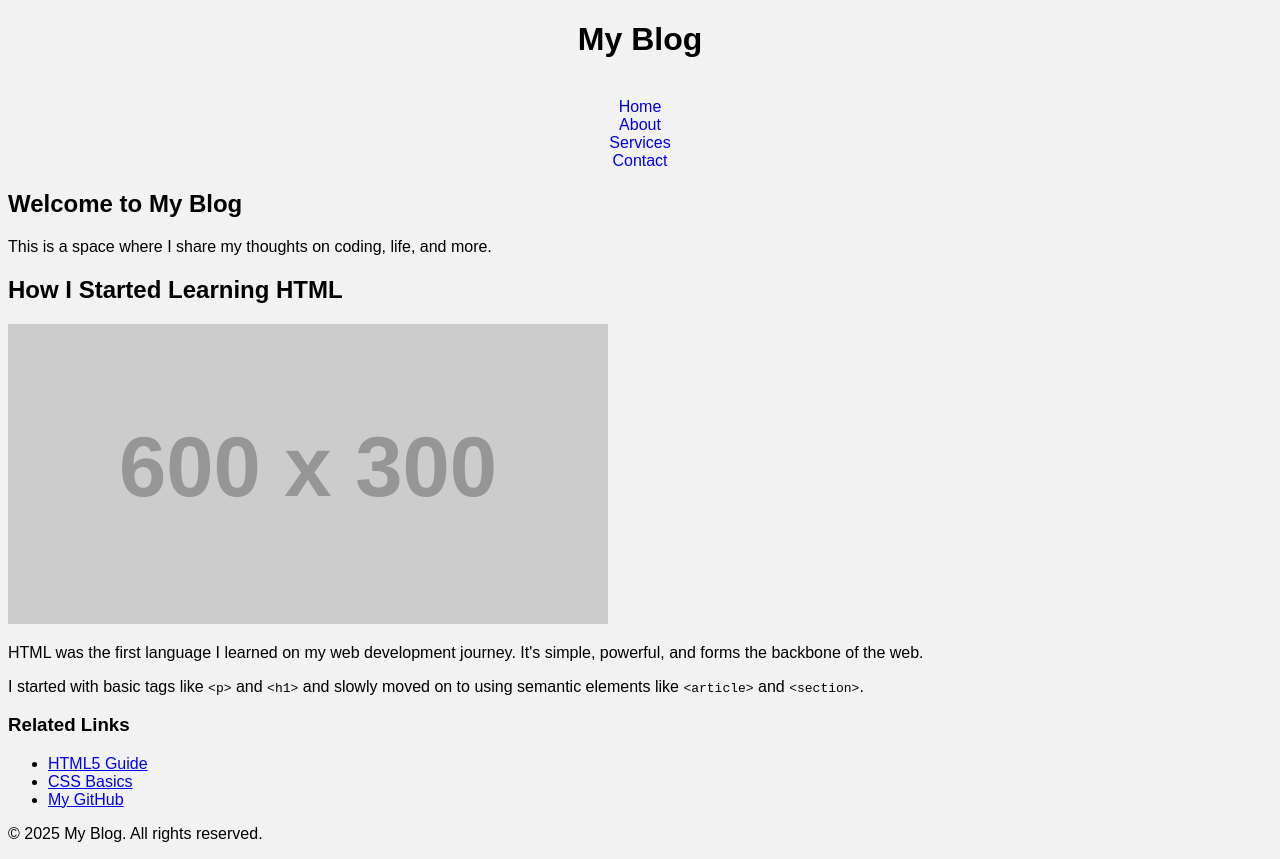
Repository: SainediAmbika/RecallingAll
Page: Angular Recalling/Blog Page/index.html
An editor plug-in stored every save of this project. The page is shown before and after the next save, followed by the edit.
The browser window is 1280 px wide. The pictures show the whole page.

Above is the page before, as saved 2025-05-19 12:01:19.

### Angular Recalling/Blog Page/index.html
<!DOCTYPE html>
<html lang="en">

<head>
    <meta charset="UTF-8">
    <meta name="viewport" content="width=device-width, initial-scale=1.0">
    <link rel="stylesheet" href="app.css">
    <title>Blog Page</title>

</head>
<body>
    <header class="header">
        <h1>My Blog</h1>
        <nav>
            <ul>
                <li><a href="#">Home</a></li>
                <li><a href="#">About</a></li>
                <li><a href="#">Services</a></li>
                <li><a href="#">Contact</a></li>

            </ul>
        </nav>
    </header>
    <main>

        <section>
            <h2>Welcome to My Blog</h2>
            <p>This is a space where I share my thoughts on coding, life, and more.</p>
        </section>
    </main>
    <article>
        <h2>How I Started Learning HTML</h2>
        <img src="https://via.placeholder.com/600x300" alt="A person learning HTML on a laptop">
        <p>HTML was the first language I learned on my web development journey. It's simple, powerful, and forms the
            backbone of the web.</p>
        <p>I started with basic tags like <code>&lt;p&gt;</code> and <code>&lt;h1&gt;</code> and slowly moved on to
            using semantic elements like <code>&lt;article&gt;</code> and <code>&lt;section&gt;</code>.</p>
    </article>

    <aside>
        <h3>Related Links</h3><ul>
            <li><a href="https://www.w3schools.com/html/">HTML5 Guide</a></li>
            <li><a href="https://www.w3schools.com/css/">CSS Basics</a></li>
            <li><a href="https://github.com/">My GitHub</a></li>

        </ul>
    </aside>




    <footer>
        <p>&copy; 2025 My Blog. All rights reserved.</p>
    </footer>
    </article>

</body>

</html>

### Angular Recalling/Blog Page/app.css
.header{
    text-align: center;

}

nav ul{
    list-style-type: none;
display: inline;

}

nav ul li a{
    text-decoration: none;

}

body {
    font-family: Arial, sans-serif;
    background-color: #f2f2f2;

 }

After the next save:
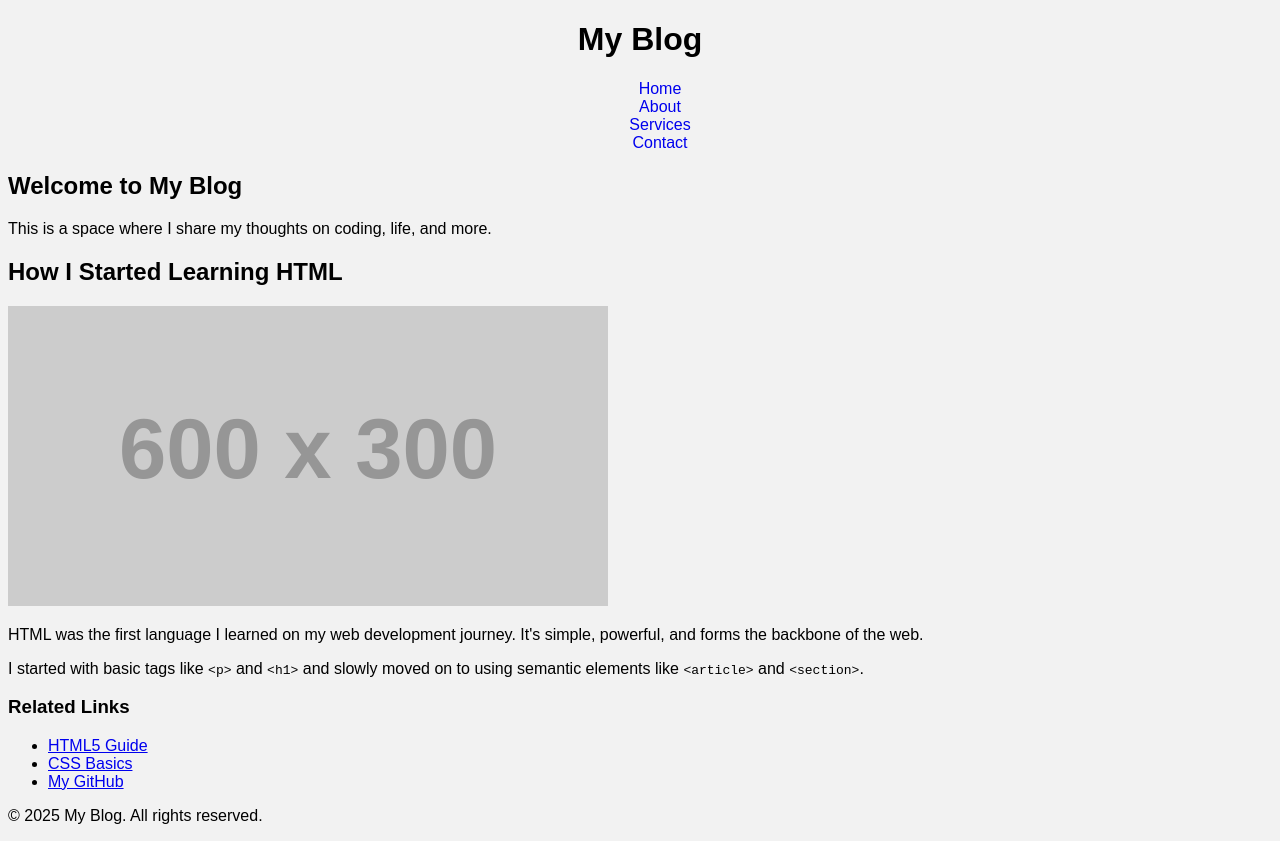
Saved 8 s later.
--- a/Angular Recalling/Blog Page/app.css
+++ b/Angular Recalling/Blog Page/app.css
@@ -5,7 +5,7 @@
 
 nav ul{
     list-style-type: none;
-display: inline;
+
 
 }
 
